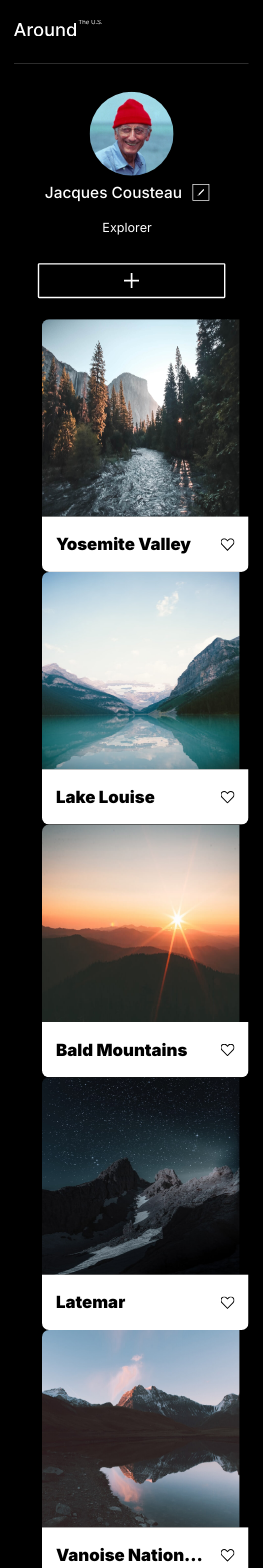
Repository: luisbaezx/se_project_aroundtheus
Page: index.html
These files come from the project's save history. The page is drawn as it stood at one moment and after the next save; the edit follows.
The browser window is 375 px wide. The pictures show the part of the page from y = 0 to 2240 px (the page is 2740 px tall before and 2735 px after), at 70% of full size.

Above is the page before, as saved 2024-05-30 18:23:35.

### index.html
<!DOCTYPE html>
<html lang="en">
  <head>
    <meta charset="UTF-8" />
    <meta name="viewport" content="width=device-width, user-scalable=no,
    initial-scale=1/>
    <meta content="ie=edge" http-equiv="X-UA-Compatible" />
    <title>Around The U.S</title>
    <link href="./pages/index.css" rel="stylesheet" />
  </head>
  <body class="page">
    <div class="page__content">
      <header class="header page__section">
        <img
          src="./images/logo.svg"
          alt="Around the U.S. Logo"
          class="header__image"
        />
      </header>
      <main class="content">
        <section class="profile page__section">
          <img
            src="./images/jacques-cousteau.jpg"
            alt="Avatar"
            class="profile__image"
          />
          <div class="profile__info">
            <h1 class="profile__title">Jacques Cousteau</h1>
            <button class="profile__edit-button" type="button"></button>
            <p class="profile__description">Explorer</p>
          </div>
          <button class="profile__add-button" type="button"></button>
        </section>
        <section class="cards page__section">
          <ul class="cards__list">
            <li class="card">
              <img src="./images/yosemite.jpg" class="card__image" />
              <div class="card__description">
                <h2 class="card__title">Yosemite Valley</h2>
                <button class="card__like-button" type="button"></button>
              </div>
            </li>
            <li class="card">
              <img src="./images/lake-louise.jpg" class="card__image" />
              <div class="card__description">
                <h2 class="card__title">Lake Louise</h2>
                <button class="card__like-button" type="button"></button>
              </div>
            </li>
            <li class="card">
              <img src="./images/bald-mountains.jpg" class="card__image" />
              <div class="card__description">
                <h2 class="card__title">Bald Mountains</h2>
                <button class="card__like-button" type="button"></button>
              </div>
            </li>
            <li class="card">
              <img src="./images/latemar.jpg" class="card__image" />
              <div class="card__description">
                <h2 class="card__title">Latemar</h2>
                <button class="card__like-button" type="button"></button>
              </div>
            </li>
            <li class="card">
              <img src="./images/vanoise.jpg" class="card__image" />
              <div class="card__description">
                <h2 class="card__title">Vanoise National Park</h2>
                <button class="card__like-button" type="button"></button>
              </div>
            </li>
            <li class="card">
              <img src="./images/lago.jpg" class="card__image" />
              <div class="card__description">
                <h2 class="card__title">Lago di Braies</h2>
                <button class="card__like-button" type="button"></button>
              </div>
            </li>
          </ul>
        </section>
      </main>
      <footer class="footer">
        <p class="footer__copyright">&copy; 2024 Around The U.S.</p>
      </footer>
    </div>
  </body>
</html>

### pages/index.css
@import url("../vendor/normalize.css");
@import url("../vendor/fonts.css");
@import url("../blocks/page.css");
@import url("../blocks/header.css");
@import url("../blocks/profile.css");
@import url("../blocks/cards.css");
@import url("../blocks/card.css");
@import url("../blocks/footer.css");

### blocks/page.css
.page {
  font-family: Inter, Arial, Helvetica, sans-serif;
  background-color: black;
  color: white;
}

.page__section {
  max-width: 880px;
  width: 100%;
  position: relative;
  margin: 0 auto;
}

.page__content {
  display: flex;
  flex-direction: column;
  min-height: 100vh;
  padding: 0 20px;
}
@media screen and (max-width: 450px) {
  .page__section {
    max-width: none;
  }
}

### blocks/header.css
.header {
  margin-top: 45px;
  border-width: 880px;
  border-bottom: 1px solid rgba(84, 84, 84, 0.7);
  padding-bottom: 41px;
}

.header__image {
  width: 173px;
  height: 33px;
}
@media screen and (max-width: 450px) {
  .header {
    margin-top: 28px;
    padding-bottom: 35px;
  }

  .header__image {
    width: 126px;
    height: 24px;
  }
}

### blocks/profile.css
.profile {
  display: flex;
  align-items: center;
  padding-top: 40px;
  min-width: 282px;
}

.profile__info {
  display: grid;
  grid-template-areas:
    "title button"
    "description description";
  grid-template-columns: minmax(auto, 375px) auto;
  margin-right: 12px;
  align-items: center;
  gap: 15px;
}

.profile__edit-button {
  background: transparent url(../images/edit-icon.svg) center no-repeat;
  height: 24px;
  width: 24px;
  grid-area: button;
  border: 1px white solid;
}

.profile__edit-button:hover {
  opacity: 0.6;
}

.profile__add-button {
  background: transparent url(../images/add-icon.svg) center no-repeat;
  width: 150px;
  height: 50px;
  margin-left: auto;
  border: 2px white solid;
  border-radius: 2px;
  transition: opacity 0.3s ease-in;
}

.profile__add-button:hover {
  opacity: 0.6;
  cursor: pointer;
}
.profile__title {
  font-size: 42px;
  line-height: 48px;
  font-weight: 500;
  grid-area: title;
  margin: 0;
  text-overflow: ellipsis;
  white-space: nowrap;
  overflow: hidden;
}

.profile__description {
  font-size: 18px;
  line-height: 22px;
  font-weight: 400;
  grid-area: description;
  margin: 0;
  text-overflow: ellipsis;
  white-space: nowrap;
  overflow: hidden;
  max-width: 370px;
}

.profile__image {
  height: 120px;
  width: 120px;
  border-radius: 50%;
  object-fit: cover;
  object-position: center;
  margin-right: 24px;
}

@media screen and (max-width: 770px) {
  .profile {
    flex-direction: column;
  }

  .profile__info {
    display: flex;
    flex-wrap: wrap;
    justify-content: center;
    width: 100%;
  }

  .profile__description {
    width: 100%;
    text-align: center;
    margin-bottom: 40px;
  }

  .profile__add-button {
    margin: 0;
    width: 80%;
  }
}

@media screen and (max-width: 450px) {
  .profile {
    justify-content: space-around;
  }
  .profile__title {
    font-size: 22px;
  }

  .profile__description {
  }
  .profile__edit-button {
    display: flex;
    justify-content: flex-end;
  }

  .profile__image {
    margin: 0;
    min-width: auto;
  }
}

### blocks/cards.css
.cards {
  margin-top: 30px;
  border-radius: 10px;
}

.card__list {
  display: grid;
  justify-content: center;
  grid-template-columns: repeat(auto-fit, 282px);
  grid-gap: 20px 17px;
  padding: 0;
  margin: 0;
}

.card {
  display: flex;
  flex-direction: column;
  list-style: none;
  border-radius: 10px;
  overflow: hidden;
}

.card__image {
  width: 282px;
  height: 282px;
}

.card__title {
  max-width: 220px;
  font-size: 24px;
  font-weight: 900;
  line-height: 29px;
  text-overflow: ellipsis;
  white-space: nowrap;
  overflow: hidden;
  margin: 0;
}

.card__description {
  display: flex;
  background-color: white;
  color: black;
  padding-top: 25px;
  padding-bottom: 25px;
  padding-left: 20px;
  padding-right: 20px;
  align-items: center;
  justify-content: space-between;
}

.card__like-button {
  background: transparent url(../images/like-inactive.svg) center no-repeat;
  width: 21px;
  height: 18px;
  border: none;
  transition: opacity 0.3s ease;
}

.card__like-button:hover {
  opacity: 0.5;
}

### blocks/card.css
.card {
  display: flex;
  flex-direction: column;
  list-style: none;
  border-radius: 10px;
  overflow: hidden;
}

.card__image {
  width: 282px;
  height: 282px;
}

.card__title {
  max-width: 220px;
  font-size: 24px;
  font-weight: 900;
  line-height: 29px;
  text-overflow: ellipsis;
  white-space: nowrap;
  overflow: hidden;
  margin: 0;
}

.card__description {
  display: flex;
  background-color: white;
  color: black;
  padding-top: 25px;
  padding-bottom: 25px;
  padding-left: 20px;
  padding-right: 20px;
  align-items: center;
  justify-content: space-between;
}

.card__like-button {
  background: transparent url(../images/like-active.svg) center no-repeat;
  width: 21px;
  height: 18px;
  border: none;
  transition: opacity 0.3s ease-in;
}

.card__like-button:hover {
  opacity: 0.5;
  cursor: pointer;
}

### blocks/footer.css
.footer {
  width: 100%;
  max-width: 880px;
  margin: 0 auto;
  text-align: left;
}

.footer__copyright {
  color: #545454;
  margin-left: auto;
  margin-right: auto;
  margin-top: 67px;
}

@media screen and (max-width: 600px) {
  .footer {
    max-width: 282px;
  }
}

Loaded but not shown: vendor/normalize.css (library); vendor/fonts.css (common file)

After the next save:
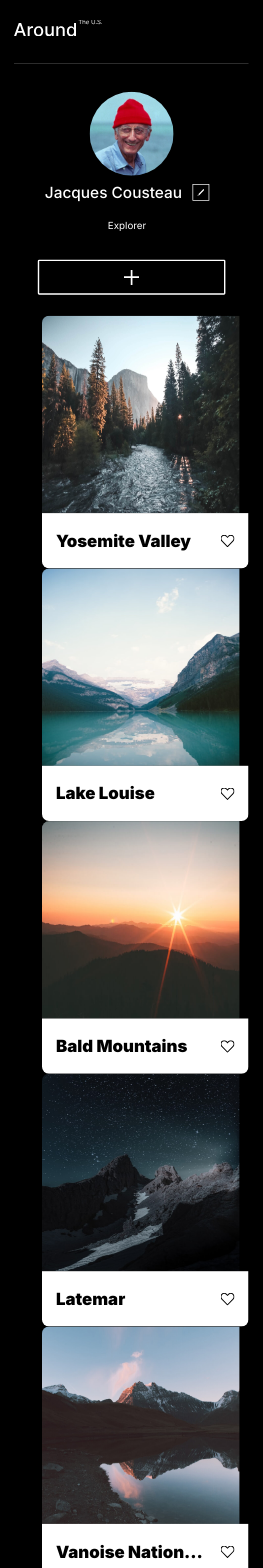
Saved 2 min 30 s later.
--- a/blocks/profile.css
+++ b/blocks/profile.css
@@ -107,7 +107,11 @@
   }
 
   .profile__description {
+    font-size: 14px;
+    line-height: 16.94px;
+    max-width: 282;
   }
+
   .profile__edit-button {
     display: flex;
     justify-content: flex-end;
